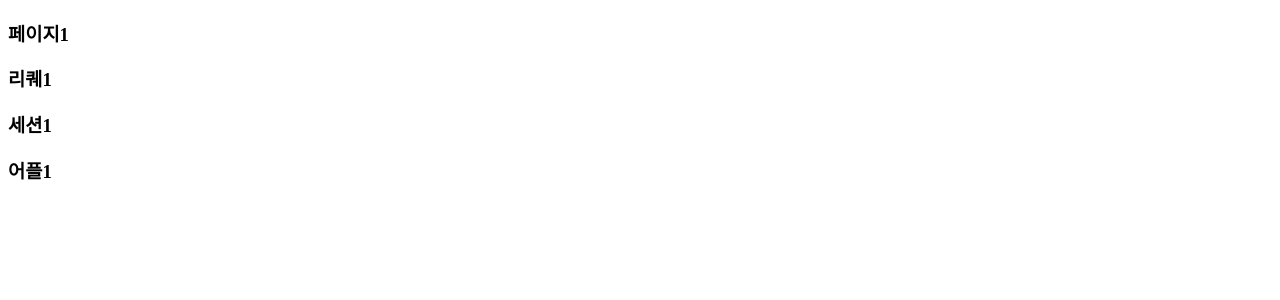
Repository: 2nho/personal-study
Page: http://localhost/ExWebPrj1/el_scope_example.jsp
An editor plug-in stored every save of this project. The page is shown before and after the next save, followed by the edit.
The browser window is 1280 px wide. The pictures show the whole page.
The page is served by Tomcat 9.

Above is the page before, as saved 2021-12-30 08:09:25.

After the next save:
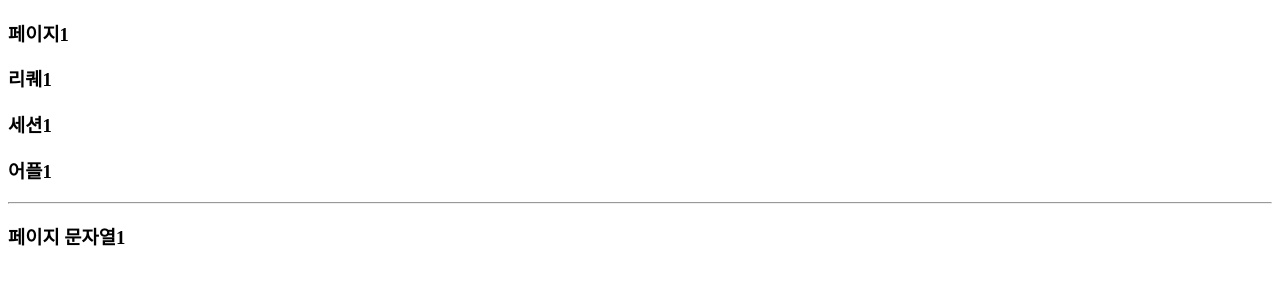
Saved 30 s later.
--- a/Java/workspace/ExWebPrj1/src/main/webapp/el_scope_example.jsp
+++ b/Java/workspace/ExWebPrj1/src/main/webapp/el_scope_example.jsp
@@ -22,5 +22,7 @@
 	<h3>${request1}</h3>
 	<h3>${session1}</h3>
 	<h3>${app1}</h3>
+	<hr />
+	<h3>${data1}</h3>
 </body>
 </html>
